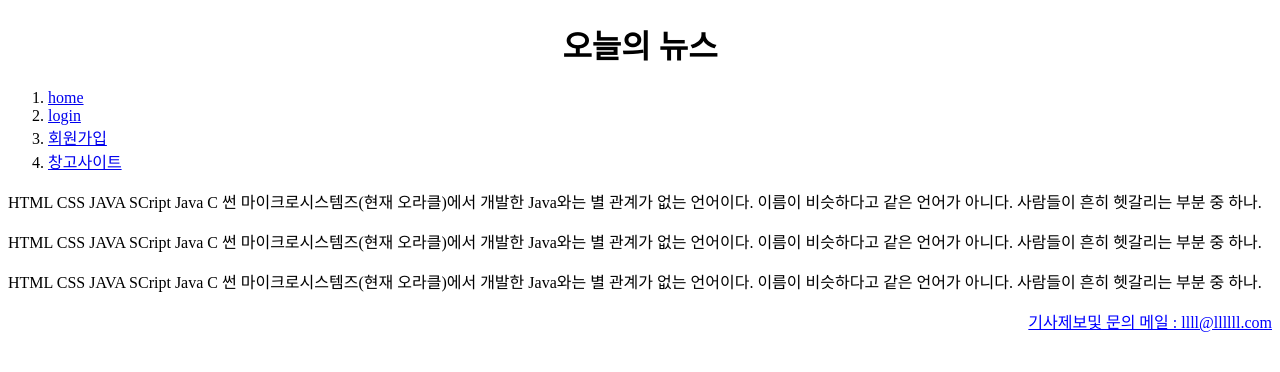
Repository: ssleap/multicampusIoT
Page: workspace190520/edu2/WebContent/test02.html
An editor plug-in stored every save of this project. The page is shown before and after the next save, followed by the edit.
The browser window is 1280 px wide. The pictures show the whole page.

Above is the page before, as saved 2019-05-22 06:40:16.

### workspace190520/edu2/WebContent/test02.html
<!DOCTYPE html>
<html>
<head>
<meta charset="UTF-8">
<meta name = "viewport" content ="width=device-width, initial-scale=1">
<title>Insert title here</title>
<style>

	#header{

		text-align: center;

	}
	#footer{

		text-decoration: underline;
		text-align: right;
		color: blue;

	}

</style>
</head>
<body>

	<div id = "header">

		<h1>오늘의 뉴스</h1>

	</div>

	<div id = "contents" >

		<div id = "menu">

			<ol>

				<li><a href = "#">home</a></li>
				<li><a href = "#">login</a></li>
				<li><a href = "#">회원가입</a></li>
				<li><a href = "#">창고사이트</a></li>

			</ol>

		</div>

		<div id = "main">

			<p>

				HTML CSS JAVA SCript Java C
				썬 마이크로시스템즈(현재 오라클)에서 개발한
				Java와는 별 관계가 없는 언어이다.
				이름이 비슷하다고 같은 언어가 아니다.
				사람들이 흔히 헷갈리는 부분 중 하나.

			</p>

			<p>

				HTML CSS JAVA SCript Java C
				썬 마이크로시스템즈(현재 오라클)에서 개발한
				Java와는 별 관계가 없는 언어이다.
				이름이 비슷하다고 같은 언어가 아니다.
				사람들이 흔히 헷갈리는 부분 중 하나.

			</p>

			<p>

				HTML CSS JAVA SCript Java C
				썬 마이크로시스템즈(현재 오라클)에서 개발한
				Java와는 별 관계가 없는 언어이다.
				이름이 비슷하다고 같은 언어가 아니다.
				사람들이 흔히 헷갈리는 부분 중 하나.

			</p>

		</div>

	</div>

	<div id = "footer">
		기사제보및 문의 메일 : llll@llllll.com
	</div>

</body>
</html>

After the next save:
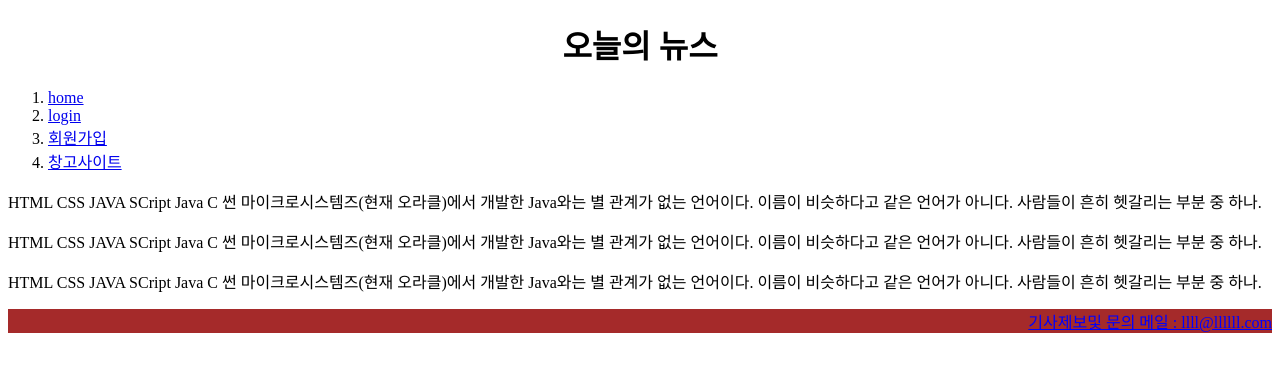
Saved 32 s later.
--- a/workspace190520/edu2/WebContent/test02.html
+++ b/workspace190520/edu2/WebContent/test02.html
@@ -16,6 +16,8 @@
 		text-decoration: underline;
 		text-align: right;
 		color: blue;
+		font:italic;
+		background-color: brown;
 
 	}
 
